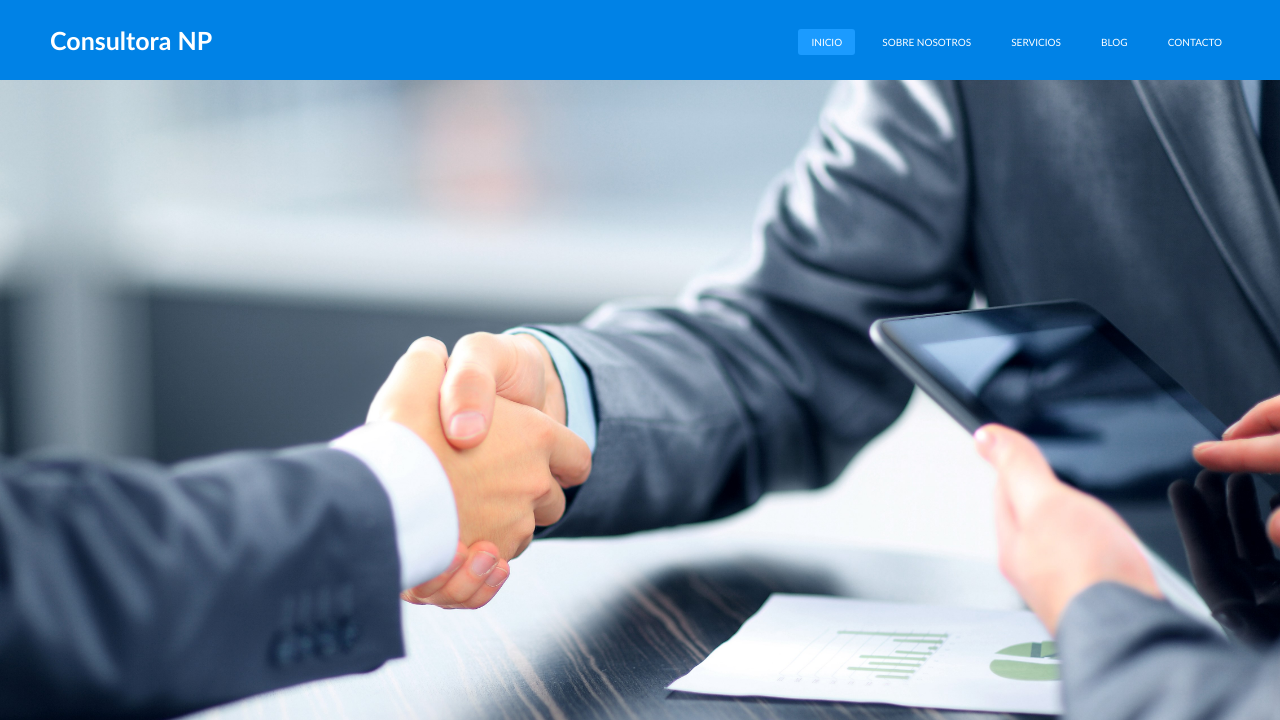
Repository: Batu120/pre-entrega2
Page: index.html
The author's editor kept a copy of each file at every save. The page is drawn from the files as they stood at one save, then again after the next save.
The browser window is 1280 px wide. The pictures show the whole page.

Above is the page before, as saved 2022-10-29 20:23:01.

### index.html
<!DOCTYPE html>
<html lang="en" dir="ltr">
<head>
    <meta charset="UTF-8">
    <meta http-equiv="X-UA-Compatible" content="IE=edge">
    <meta name="viewport" content="width=device-width, initial-scale=1.0">
    <title>2da Pre Entrega</title>

    <!-- CSS -->
    <link rel="stylesheet" href="CSS/style.css">
    <link rel="stylesheet" href="https://cdnjs.cloudflare.com/ajax/libs/font-awesome/4.7.0/css/font-awesome.min.css">
</head>
<body>
    <nav>
        <input type="checkbox" id="check">
        <label for="check" class="checkbtn">
            <i style="font-size:24px" class="fa">&#xf0c9;</i>
        </label>
        <label class="logo">Consultora NP</label>
            <!-- Lista no ordenada -->
            <ul>
                <!-- Items / Menu -->
                <li><a class="active" href="#">Inicio</a></li>
                <li><a href="#">Sobre Nosotros</a></li>
                <li><a href="#">Servicios</a></li>
                <li><a href="#">Blog</a></li>
                <li><a href="#">Contacto</a></li>
            </ul>
    </nav>

    <section></section>

            <!-- <img clas="menu" src="IMG/menu-icon2.png" alt="menu"> -->
<!-- Enlaces -->

<!--    <main>
        <h1>CONSULTORA </h1>
    </main> -->

</body>
</html>

### CSS/style.css
body {
    font-family:'Gill Sans', 'Gill Sans MT', Calibri, 'Trebuchet MS', sans-serif;
}

/* NAV BAR - ENLACES - RESPONSIVE */

* {
    padding: 0;
    margin: 0;
    text-decoration: none;
    list-style: none;
    box-sizing: border-box;
}
nav {
    background: #0082e6;
    height: 80px;
    width: 100%;
}
.logo{
    color: white;
    font-size: 25px;
    line-height: 80px;
    padding: 0 50px;
    font-weight: bold;
}
nav ul{
    float: right;
    margin-right: 40px;
}
nav ul li{
    display: inline-block;
    line-height: 80px;
    margin: 0 5px;
}
nav ul li a{
    color: white;
    font-size: 10px;
    padding: 7px 13px;
    border-radius: 3px;
    text-transform: uppercase;
}
a.active,a:hover{
    background: #1b9bff;
    transition: .5s;
}
.checkbtn{
    font-size: 30px;
    color: white;
    float: right;
    line-height: 80px;
    margin-right: 30px;
    cursor: pointer;
    display: none;
}
#check{
    display: none;
}
@media (max-width: 1000px){
    label.logo {
        font-size: 25px;
        padding-left: 50px;
    }
    nav ul li a{
        font-size: 16px;
    }
}
@media (max-width: 800px){
    .checkbtn{
        display: block;
    }
    ul{
        position: fixed;
        width: 100%;
        height: 100vh;
        background: #2c3e50;
        top: 80px;
        left: -100%;
        text-align: center;
        transition: all .5s;
    }
    nav ul li{
        display: block;
        margin: 50px 0;
        line-height: 30px;
    }
    nav ul li a {
        font-size: 20px;
    }
        a:hover,a.active{
        background:none;
        color: #0082e6;
        }
        #check:checked ~ ul{
        left: 0;
        }
    }

    section{
        background: url(/IMG/consultoria_img.jpeg) no-repeat;
        background-size: cover;
        height: calc(100vh - 80px);
    }
/* .listaNOordenada {
    display: flex;
    flex-direction: row;
    justify-content:flex-end;
    list-style: none;
}

li {
    font-size: large;
    text-transform: uppercase;
    font-family:'Gill Sans', 'Gill Sans MT', Calibri, 'Trebuchet MS', sans-serif;
    font-weight: 600;
    margin: 10px;
    padding: 5px;
    letter-spacing: 2px;
}

@media (max-width: 850px){
    .listaNOordenada {
        flex-direction: column;
    }
}
 */

After the next save:
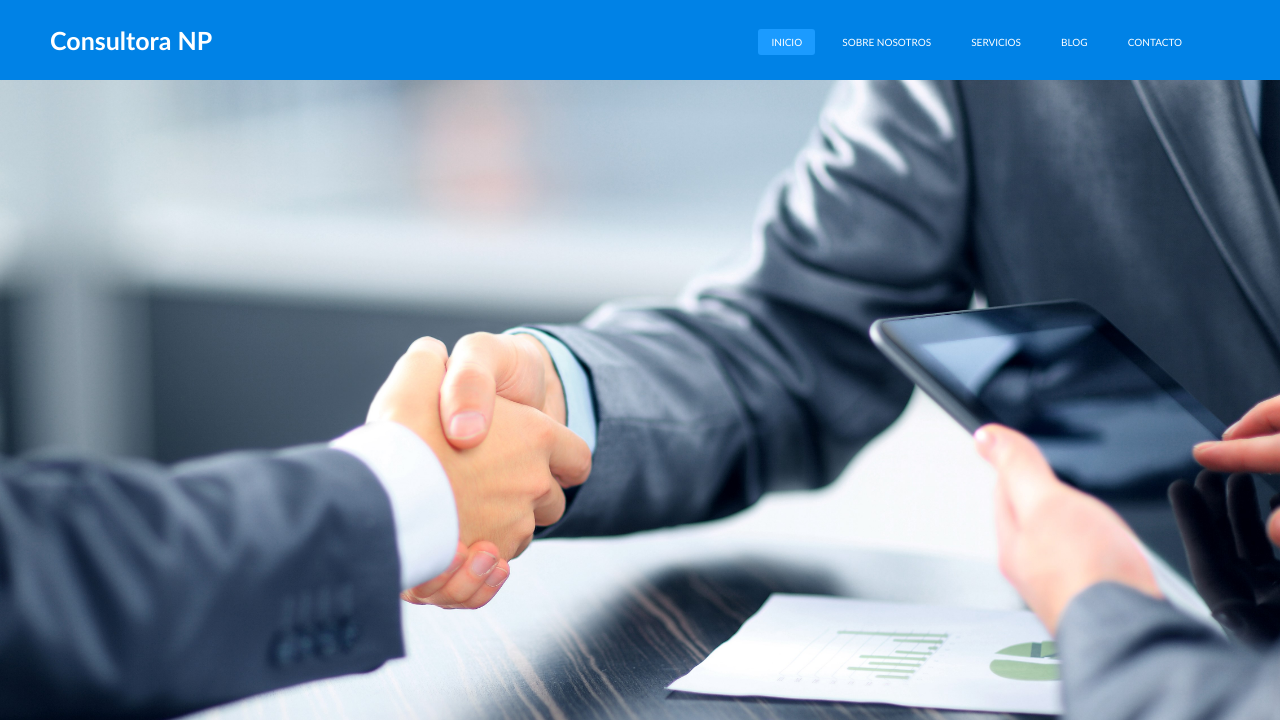
Saved 3 s later.
--- a/CSS/style.css
+++ b/CSS/style.css
@@ -25,7 +25,7 @@ nav {
 }
 nav ul{
     float: right;
-    margin-right: 40px;
+    margin-right: 80px;
 }
 nav ul li{
     display: inline-block;
